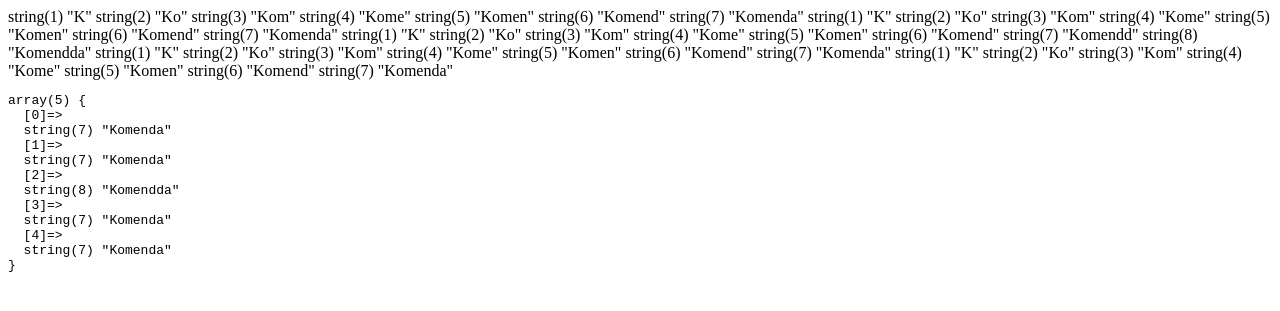
Repository: mahoone/revising_php
Page: http://localhost/Config.php
An editor plug-in stored every save of this project. The page is shown before and after a run of saves, followed by the edit.
The browser window is 1280 px wide. The pictures show the whole page.
The page is run by PHP 8.4 with error messages shown; the project is at /var/www/html/.

Above is the page before, as saved 2020-06-01 22:04:49.

After the next 2 saves:
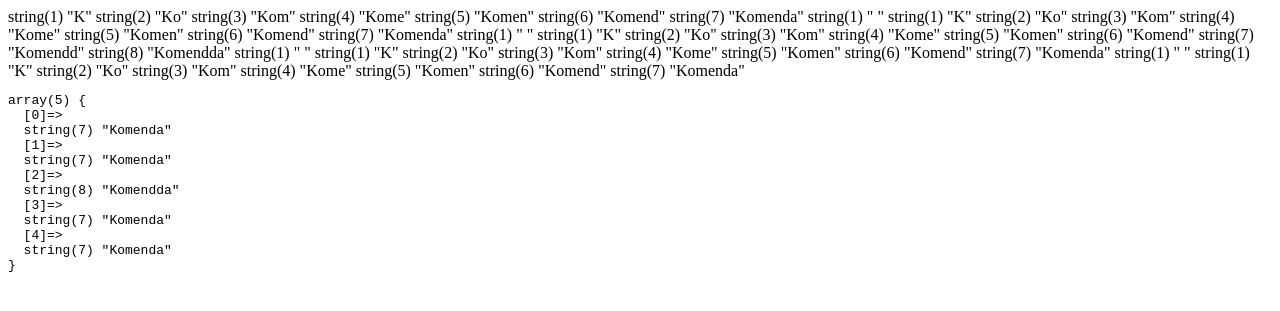
The 2 saves are shown as one change because they came seconds apart.
The last was saved 38 s later.
--- a/Config.php
+++ b/Config.php
@@ -9,8 +9,8 @@ for($i = 0; $i < strlen($tekst); $i++)
    switch($tekst[$i])
    {
         case ' ':
+            var_dump($tekst[$i]);
             continue 2;
-            var_dump($tekst[$i]);
         case '.':
             break 2;
         case ';':
